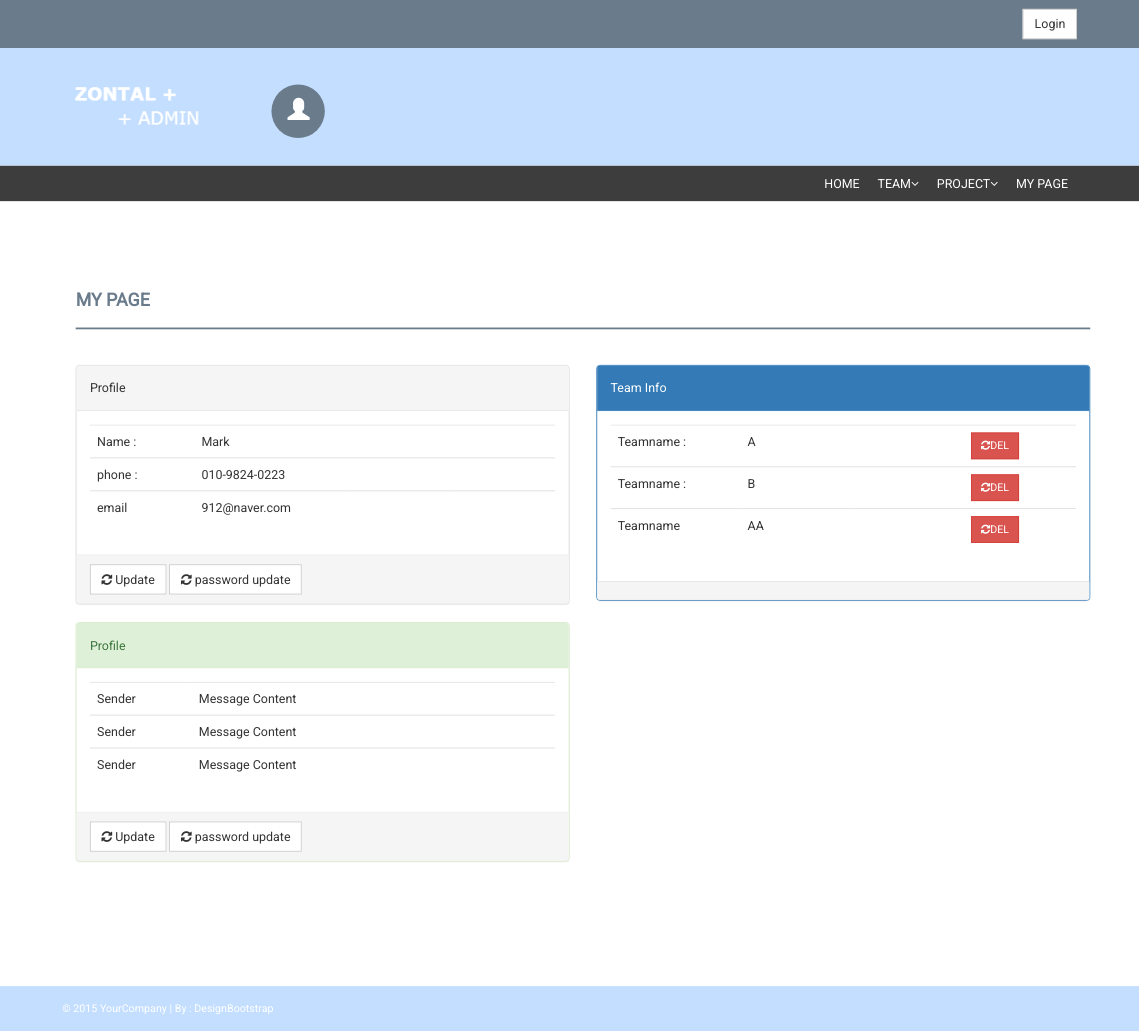
Repository: hwju91/skuniv
Page: http://localhost/0903.2/WEB-INF/jsp/mypage.jsp
These files come from the project's save history. The page is drawn as it stood at one moment and after the next save; the edit follows.
The browser window is 1280 px wide. The pictures show the whole page, at 89% of full size.
The page is served by Tomcat 9. Nobody is signed in. Other server files are loaded and not shown. The template is opened directly, without the code that normally fills it, so the values that code supplies are empty.

Above is the page before, as saved 2016-09-06 10:33:18.

### 0903.2/WebContent/WEB-INF/jsp/mypage.jsp
<%@ page language="java" contentType="text/html; charset=UTF-8"
	pageEncoding="UTF-8"%>
<jsp:include page="header_index.jsp" />
<jsp:include page="nav.jsp" />
<jsp:include page="menu_mypage.jsp" />


 <div class="content-wrapper">
            <div class="container">

            <div class="row">
				<div class="col-md-12">
					<h1 class="page-head-line">My page</h1>
				</div>
			</div>


			 <div class="row">
                <div class="col-md-6 col-sm-6">
                    <div class="panel panel-default">
                        <div class="panel-heading">
                            Profile
                        </div>
                        <div class="panel-body">
                            <div class="table-responsive">
                                <table class="table">
                                    <thead>
                                        <!-- <tr>
                                            <th>#</th>
                                            <th>First Name</th>
                                            <th>Last Name</th>
                                            <th>Username</th>
                                        </tr> -->
                                    </thead>
                                    <tbody>
                                        <tr>
                                            <td>Name :</td>
                                            <td>Mark</td>
                                            <td> </td>
                                            <td> </td>
                                        </tr>
                                        <tr>
                                            <td>phone : </td>
                                            <td>010-9824-0223</td>
                                            <td></td>
                                            <td></td>
                                        </tr>
                                        <tr>
                                            <td>email</td>
                                            <td>912@naver.com</td>
                                            <td></td>
                                            <td></td>
                                        </tr>

                                    </tbody>
                                </table>
                            </div>
                        </div>


                        <div class="panel-footer">
                            <a href="#" class="btn btn-default"><i class=" fa fa-refresh "></i> Update</a>
                            <a href="#" class="btn btn-default"><i class=" fa fa-refresh "></i> password update</a>
                        </div>
                    </div>

                </div>
                <div class="col-md-6 col-sm-6">
                    <div class="panel panel-primary">
                        <div class="panel-heading">
                            	Team Info
                        </div>
                         <div class="panel-body">
                            <div class="table-responsive">
                                <table class="table">
                                    <thead>
                                        <!-- <tr>
                                            <th>#</th>
                                            <th>First Name</th>
                                            <th>Last Name</th>
                                            <th>Username</th>
                                        </tr> -->
                                    </thead>
                                    <tbody>
                                        <tr>
                                            <td>Teamname :</td>
                                            <td>A</td>
                                            <td> </td>
                                            <td>  <a href="#" class="btn btn-danger btn-sm"><i class=" fa fa-refresh "></i>DEL</a></td>
                                        </tr>
                                        <tr>
                                            <td>Teamname : </td>
                                            <td>B</td>
                                            <td></td>
                                            <td><a href="#" class="btn btn-danger btn-sm"><i class=" fa fa-refresh "></i>DEL</a></td>
                                        </tr>
                                        <tr>
                                            <td>Teamname</td>
                                            <td>AA</td>
                                            <td></td>
                                            <td><a href="#" class="btn btn-danger btn-sm"><i class=" fa fa-refresh "></i>DEL</a></td>
                                        </tr>

                                    </tbody>
                                </table>
                            </div>
                        </div>
                        <div class="panel-footer">
                        </div>
                    </div>
                </div>
                </div>


                <div class="row">
                <div class="col-md-6 col-sm-6">
                    <div class="panel panel-success">
                        <div class="panel-heading">
                            Profile
                        </div>
                        <div class="panel-body">
                            <div class="table-responsive">
                                <table class="table">
                                    <thead>
                                        <!-- <tr>
                                            <th>#</th>
                                            <th>First Name</th>
                                            <th>Last Name</th>
                                            <th>Username</th>
                                        </tr> -->
                                    </thead>
                                    <tbody>
                                        <tr>
                                            <td>Sender</td>
                                            <td>Message Content</td>
                                            <td> </td>
                                            <td> </td>
                                        </tr>
                                        <tr>
                                           <td>Sender</td>
                                            <td>Message Content</td>
                                            <td> </td>
                                            <td> </td>
                                        </tr>
                                        <tr>
                                            <td>Sender</td>
                                            <td>Message Content</td>
                                            <td> </td>
                                            <td> </td>
                                        </tr>

                                    </tbody>
                                </table>
                            </div>
                        </div>


                        <div class="panel-footer">
                            <a href="#" class="btn btn-default"><i class=" fa fa-refresh "></i> Update</a>
                            <a href="#" class="btn btn-default"><i class=" fa fa-refresh "></i> password update</a>
                        </div>
                    </div>

                </div>

                </div>
               <!--  <div class="col-md-6 col-sm-6">
                    <div class="panel panel-success">
                        <div class="panel-heading">
                            message
                        </div>

                        <div class="panel-footer">
                            Panel Footer
                        </div>
                    </div>
                </div> -->


            <!-- <div class="row">
                <div class="col-md-10 col-sm-10">
                    <div class="panel panel-default">
                        <div class="panel-heading">
                            Basic Tabs
                        </div>
                        <div class="panel-body">
                            <ul class="nav nav-tabs">
                                <li class="active"><a href="#team" data-toggle="tab">Home</a>
                                </li>
                                <li class=""><a href="#profile" data-toggle="tab">Profile</a>
                                </li>
                                <li class=""><a href="#messages" data-toggle="tab">Messages</a>
                                </li>
                                <li class=""><a href="#settings" data-toggle="tab">Settings</a>
                                </li>
                            </ul>

                            <div class="tab-content">
                                <div class="tab-pane fade active in" id="team">
                                    <h4>Home Tab</h4>
                                    <p>Lorem ipsum dolor sit amet, consectetur adipisicing elit, sed do eiusmod tempor incididunt ut labore et dolore magna aliqua. Ut enim ad minim veniam, quis nostrud exercitation ullamco laboris nisi ut aliquip ex ea commodo consequat. Duis aute irure dolor in reprehenderit in voluptate velit esse cillum dolore eu fugiat nulla pariatur. Excepteur sint occaecat cupidatat non proident, sunt in culpa qui officia deserunt mollit anim id est laborum.</p>
                                </div>
                                <div class="tab-pane fade" id="profile">
                                    <h4>Profile Tab</h4>
                                    <p>Lorem ipsum dolor sit amet, consectetur adipisicing elit, sed do eiusmod tempor incididunt ut labore et dolore magna aliqua. Ut enim ad minim veniam, quis nostrud exercitation ullamco laboris nisi ut aliquip ex ea commodo consequat. Duis aute irure dolor in reprehenderit in voluptate velit esse cillum dolore eu fugiat nulla pariatur. Excepteur sint occaecat cupidatat non proident, sunt in culpa qui officia deserunt mollit anim id est laborum.</p>
                                </div>
                                <div class="tab-pane fade" id="messages">
                                    <h4>Messages Tab</h4>
                                    <p>Lorem ipsum dolor sit amet, consectetur adipisicing elit, sed do eiusmod tempor incididunt ut labore et dolore magna aliqua. Ut enim ad minim veniam, quis nostrud exercitation ullamco laboris nisi ut aliquip ex ea commodo consequat. Duis aute irure dolor in reprehenderit in voluptate velit esse cillum dolore eu fugiat nulla pariatur. Excepteur sint occaecat cupidatat non proident, sunt in culpa qui officia deserunt mollit anim id est laborum.</p>
                                </div>
                                <div class="tab-pane fade" id="settings">
                                    <h4>Settings Tab</h4>
                                    <p>Lorem ipsum dolor sit amet, consectetur adipisicing elit, sed do eiusmod tempor incididunt ut labore et dolore magna aliqua. Ut enim ad minim veniam, quis nostrud exercitation ullamco laboris nisi ut aliquip ex ea commodo consequat. Duis aute irure dolor in reprehenderit in voluptate velit esse cillum dolore eu fugiat nulla pariatur. Excepteur sint occaecat cupidatat non proident, sunt in culpa qui officia deserunt mollit anim id est laborum.</p>
                                </div>
                            </div>
                        </div>
                    </div>
                </div>

            </div> -->


        </div><!-- container end -->
    </div><!-- content-wrapper  -->



<jsp:include page="footer.jsp" />

### 0903.2/WebContent/WEB-INF/jsp/header_index.jsp
<%@ page language="java" contentType="text/html; charset=UTF-8"
    pageEncoding="UTF-8"%>
<!DOCTYPE html PUBLIC "-//W3C//DTD HTML 4.01 Transitional//EN" "http://www.w3.org/TR/html4/loose.dtd">
<html>
<head>
    <title>Winder</title>

    <link href="css/bootstrap.css" rel="stylesheet" />
    <link href="css/font-awesome.css" rel="stylesheet" />
    <link href="css/style.css" rel="stylesheet" />

	<style>
		.carousel-inner > .item > img,
		.carousel-inner > .item > a > img {
	      width: 90%;
	      height: 500px;
	      margin: auto;
	    }
	</style>

</head>
</head>

### 0903.2/WebContent/WEB-INF/jsp/nav.jsp
<%@ page language="java" contentType="text/html; charset=UTF-8"
    pageEncoding="UTF-8"%>
<body>
    <header>
        <div class="container">
            <div class="row">
                <div class="col-md-12">
                    <!-- <strong>Email: </strong>info@yourdomain.com
                    &nbsp;&nbsp;
                    <strong>Support: </strong>+90-897-678-44 -->
                    <%
                    if("loginok".equals((String)session.getAttribute("loginchk"))){
                    	%>
                    	<a class="btn btn-default" href="logout">Logout</a>
                    <%}
                    else{
                    %>
                    	<a class="btn btn-default" href="login">Login</a>
                    <% }%>

                </div>

            </div>
        </div>
    </header>
    <!-- HEADER END-->
    <div class="navbar navbar-inverse set-radius-zero">
        <div class="container">
            <div class="navbar-header">
                <button type="button" class="navbar-toggle" data-toggle="collapse" data-target=".navbar-collapse">
                    <span class="icon-bar"></span>
                    <span class="icon-bar"></span>
                    <span class="icon-bar"></span>
                </button>
                <a class="navbar-brand" href="index.html">
                    <img src="img/logo.png" />
                </a>

            </div>

            <div class="left-div">
                <div class="user-settings-wrapper">
                    <ul class="nav">

                        <li class="dropdown">
                            <a class="dropdown-toggle" data-toggle="dropdown" href="#" aria-expanded="false">
                                <span class="glyphicon glyphicon-user" style="font-size: 25px;"></span>
                            </a>
                            <div class="dropdown-menu dropdown-settings" style="color: #fff">
                                <div class="media">
                                    <a class="media-left" href="#">
                                        <img src="img/64-64.jpg" alt="" class="img-rounded" />
                                    </a>
                                    <div class="media-body">
                                        <h4 class="media-heading">Jhon Deo Alex </h4>
                                        <h5>Developer & Designer</h5>

                                    </div>
                                </div>
                                <hr />
                                <h5><strong>Personal Bio : </strong></h5>
                                Anim pariatur cliche reprehen derit.
                                <hr />
                                <a href="#" class="btn btn-info btn-sm">Full Profile</a>&nbsp; <a href="login.html" class="btn btn-danger btn-sm">Logout</a>

                            </div>
                        </li>


                    </ul>
                </div>
            </div>
        </div>
    </div>
    <!-- LOGO HEADER END-->

### 0903.2/WebContent/WEB-INF/jsp/menu_mypage.jsp
<%@ page language="java" contentType="text/html; charset=UTF-8"
    pageEncoding="UTF-8"%>
<%@taglib prefix="c"  uri="http://java.sun.com/jsp/jstl/core" %>
<section class="menu-section">
        <div class="container">
            <div class="row">
                <div class="col-md-12">
                    <div class="navbar-collapse collapse ">
                        <ul id="menu-top" class="nav navbar-nav navbar-right">
                            <li><a class="menu-top" href="home">Home</a></li>
                            <li class="dropdown">
                                <a href="#" class="dropdown-toggle" data-toggle="dropdown">Team<i class="fa fa-angle-down"></i></a>
                                <ul class="dropdown-menu">
                                    <li><a href="teamCreateform">팀 생성</a></li>
                                    <c:forEach items="${teammenu }" var="tmenu">
                                    <li><a href="projectlist?tno=${tmenu.tno }">${tmenu.name }</a></li>
                                    </c:forEach>
                                </ul>
                            </li>
                            <li class="dropdown">
                                <a href="#" class="dropdown-toggle" data-toggle="dropdown">Project<i class="fa fa-angle-down"></i></a>
                                <ul class="dropdown-menu">
                                    <li><a href="projectform">프로젝트 생성</a></li>
                                    <c:forEach items="${projectmenu }" var="pmenu">
                                    <li><a href="projectmain?pno=${pmenu.pno }">${pmenu.name }</a></li>
                                    </c:forEach>
                                </ul>
                            </li>
                             <li><a class="menu-top" href="mypage">My Page</a></li>

                        </ul>
                    </div>
                </div>

            </div>
        </div>
    </section>
    <!-- MENU SECTION END-->
    <div class="content-wrapper">
        <div class="container">

### 0903.2/WebContent/WEB-INF/jsp/footer.jsp
<%@ page language="java" contentType="text/html; charset=UTF-8"
    pageEncoding="UTF-8"%>
 </div>
    </div>
    <!-- CONTENT-WRAPPER SECTION END-->
    <footer>
        <div class="container">
            <div class="row">
                <div class="col-md-12">
                    &copy; 2015 YourCompany | By : <a href="http://www.designbootstrap.com/" target="_blank">DesignBootstrap</a>
                </div>

            </div>
        </div>
    </footer>
    <!-- script -->
<script src="js/jquery-2.2.3.min.js"></script>
<script src="js/bootstrap.js"></script>
</body>
</html>

Loaded but not shown: 0903.2/WebContent/css/bootstrap.css (library); 0903.2/WebContent/css/font-awesome.css (library); 0903.2/WebContent/js/jquery-2.2.3.min.js (library); 0903.2/WebContent/js/bootstrap.js (library); 0903.2/WebContent/css/style.css (314 lines, source omitted)

After the next save:
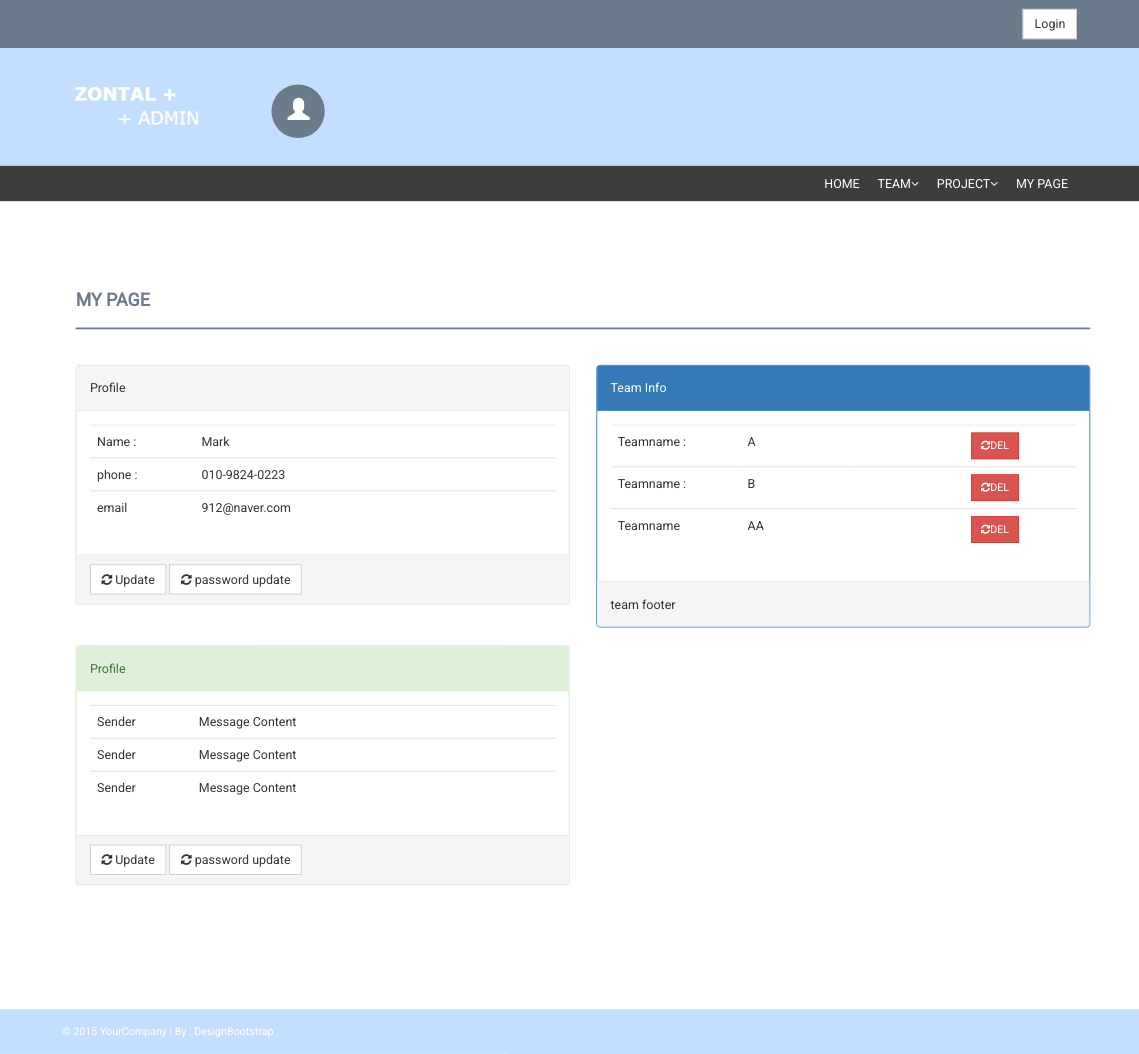
Saved 42 s later.
--- a/0903.2/WebContent/WEB-INF/jsp/mypage.jsp
+++ b/0903.2/WebContent/WEB-INF/jsp/mypage.jsp
@@ -106,6 +106,7 @@
                             </div>
                         </div>
                         <div class="panel-footer">
+                         team footer
                         </div>
                     </div>
                 </div>

After the save that followed:
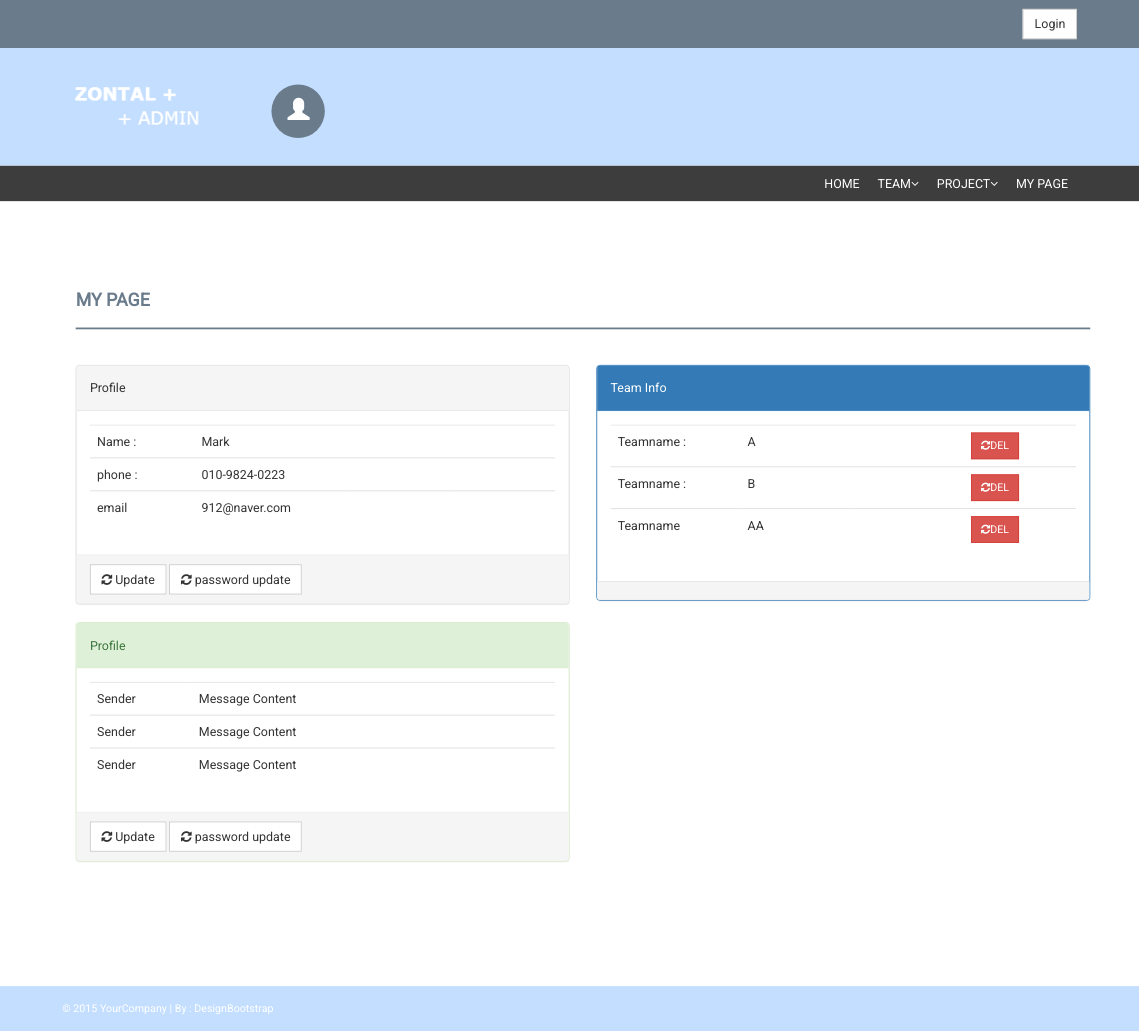
Saved 19 s later.
--- a/0903.2/WebContent/WEB-INF/jsp/mypage.jsp
+++ b/0903.2/WebContent/WEB-INF/jsp/mypage.jsp
@@ -106,7 +106,6 @@
                             </div>
                         </div>
                         <div class="panel-footer">
-                         team footer
                         </div>
                     </div>
                 </div>
